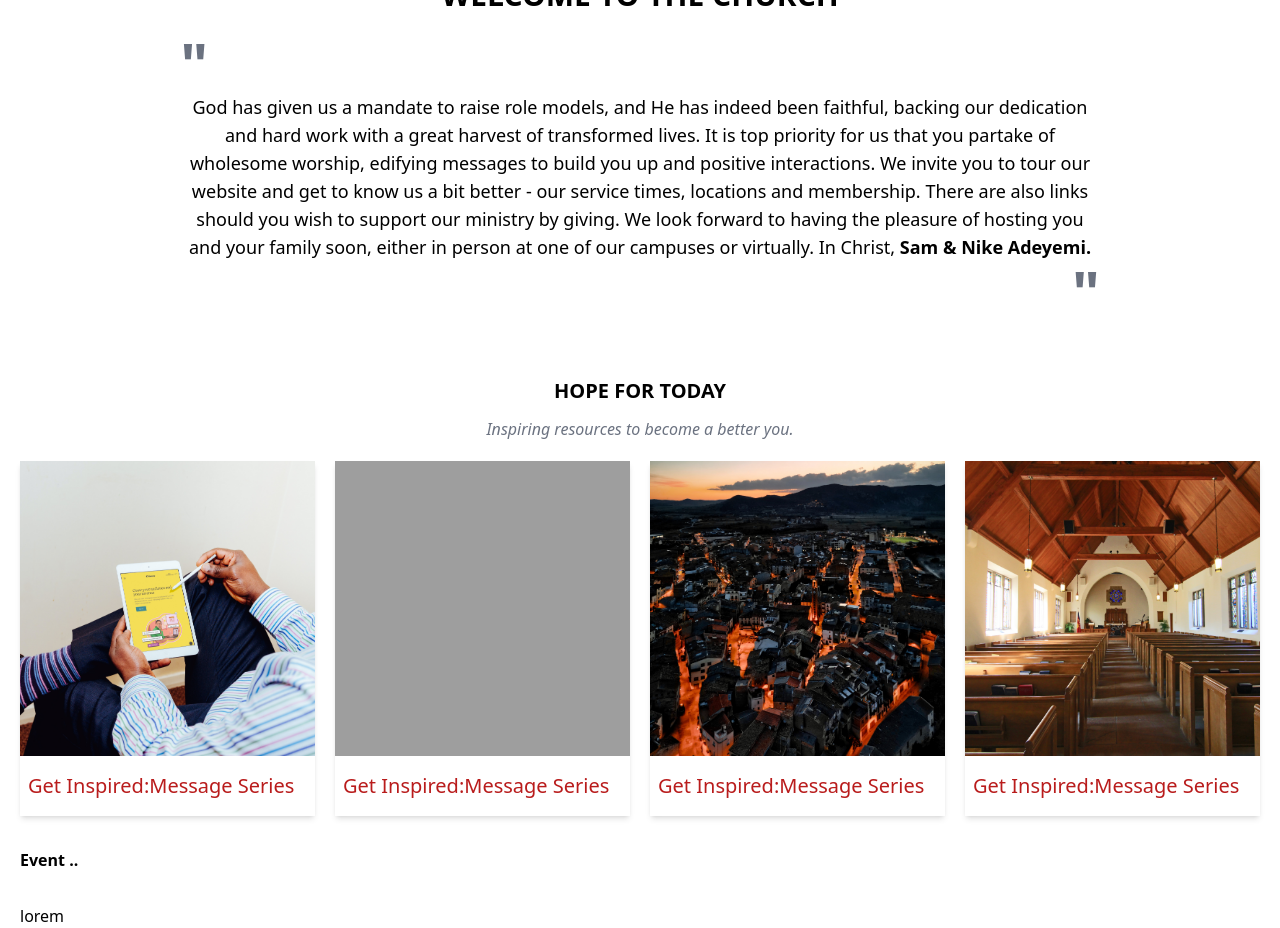
Repository: hisreal123/godschamber
Page: /
An editor plug-in stored every save of this project. The page is shown before and after the next save, followed by the edit.
The browser window is 1280 px wide. The pictures show the part of the page from y = 799 to 1751 px (the page is 1727 px tall before and 1751 px after).
Pictures or frames that could not be fetched are drawn as grey boxes. The project was rebuilt for these pictures with package versions that can differ from the ones it lists, and the page was loaded fresh each time. The framework's server and built-in components were replaced by stand-ins that run in the browser. Also part of the build but not shown: next.config.js.

Above is the page before, as saved 2023-03-26 12:24:43.

After the next save:
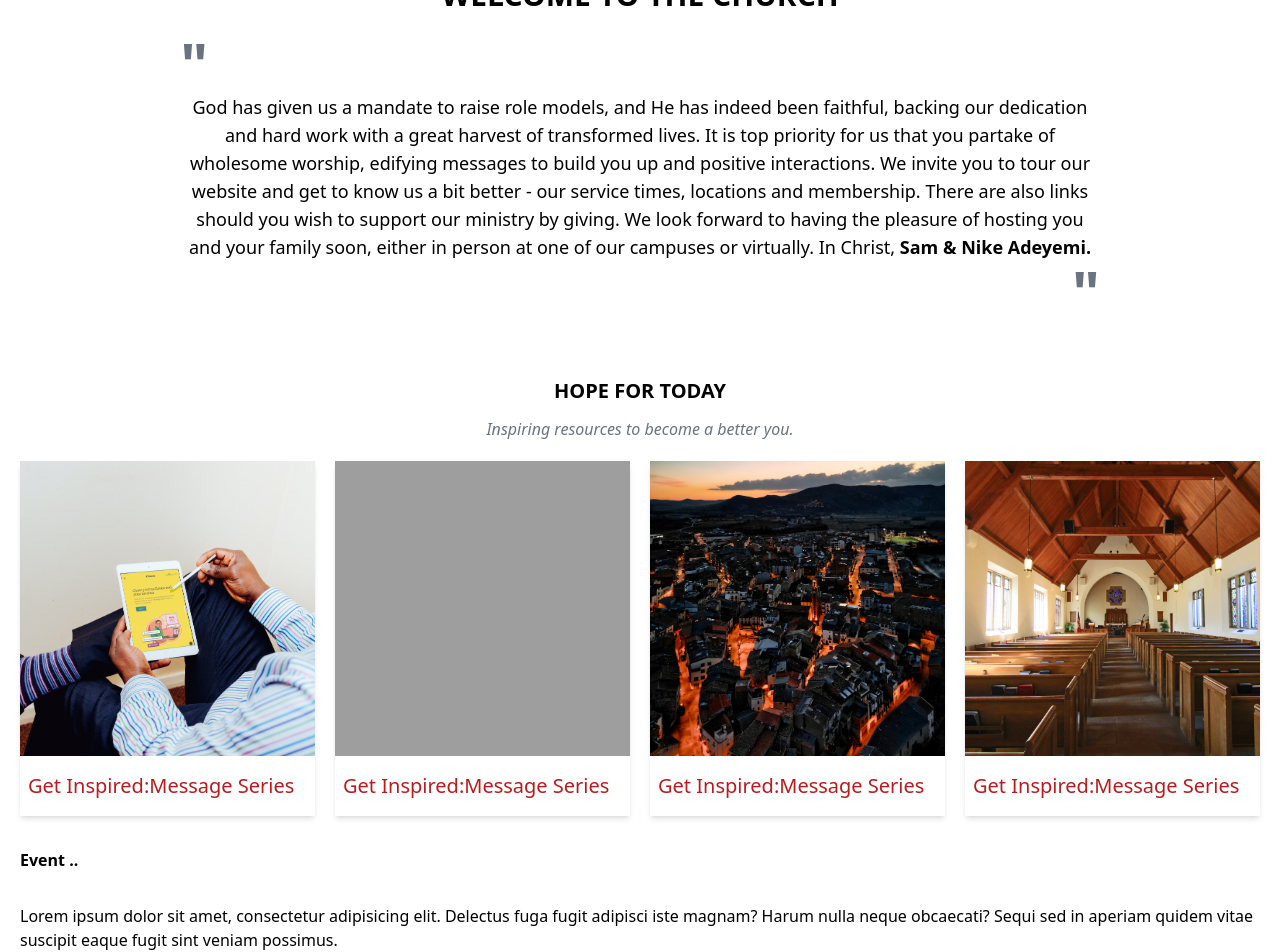
Saved 4 s later.
--- a/src/app/components/Events.tsx
+++ b/src/app/components/Events.tsx
@@ -7,7 +7,7 @@ export default function Events() {
                 <h1 className="my-8 font-bold text-3lx "> Event ..</h1>
 
                 <div className="Carousel-ShowCase">
-                    <p>lorem</p>
+                    <p>Lorem ipsum dolor sit amet, consectetur adipisicing elit. Delectus fuga fugit adipisci iste magnam? Harum nulla neque obcaecati? Sequi sed in aperiam quidem vitae suscipit eaque fugit sint veniam possimus.</p>
                 </div>
             </section>
         </>
